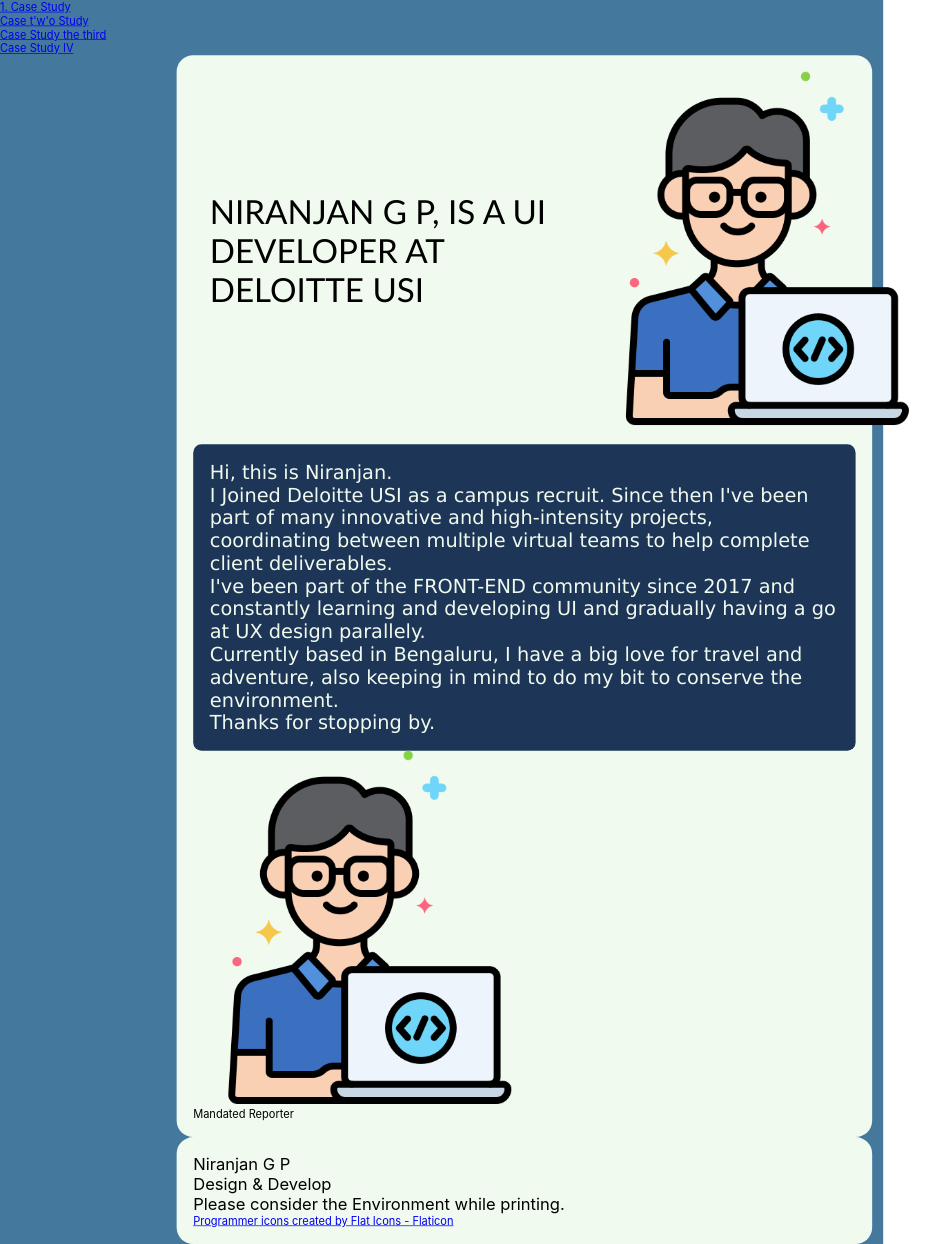
Repository: niranjangp/portfolioReact
Page: /
The author's editor kept a copy of each file at every save. The page is drawn from the files as they stood at one save, then again after a run of saves.
The browser window is 1280 px wide. The page is 1368 px wide, so the pictures cover 1368 px, including what lies to the right of the window. The pictures show the whole page, at 69% of full size.
The project was rebuilt for these pictures with package versions that can differ from the ones it lists, and the page was loaded fresh each time. Also part of the build but not shown: src/pages/csOne.jsx, src/pages/notFound.jsx.

Above is the page before, as saved 2022-01-31 20:29:02.

After the next 2 saves:
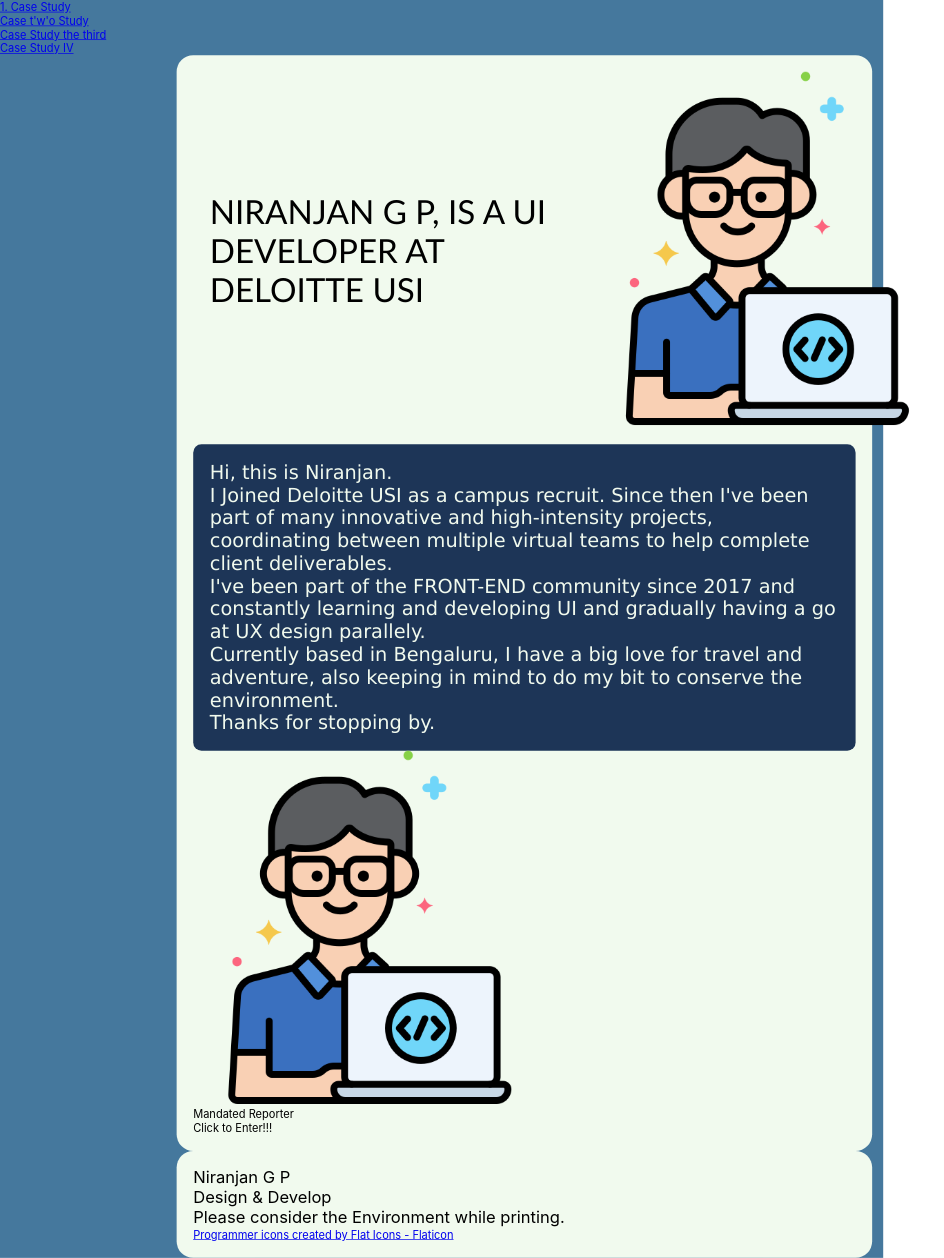
The 2 saves are shown as one change because 1 did not build or start.
The last was saved 2 min 22 s later.
--- a/src/pages/enterDesign.jsx
+++ b/src/pages/enterDesign.jsx
@@ -3,6 +3,14 @@ import Icons from '../assets/programmer.png';
 
 const enterDesign = () => {
     const avatarIcon = Icons;
+
+    const navtoCardDet = () => {
+        try {
+            console.log('inside card det func');
+        } catch(e) {
+            console.log('Error in navToCardDet', e.stack());
+        }
+    }
 
     return (
         <React.Fragment>
@@ -22,9 +30,10 @@ const enterDesign = () => {
                 <p>Thanks for stopping by.</p>
             </div>
             <div className='third-row'>
-                <div className="card">
+                <div className="card" onClick={navtoCardDet}>
                     <img src={avatarIcon} alt="card-icon" className='card-icon'/>
                     <p>Mandated Reporter</p>
+                    <p>Click to Enter!!!</p>
                 </div>
             </div>
         </React.Fragment>
